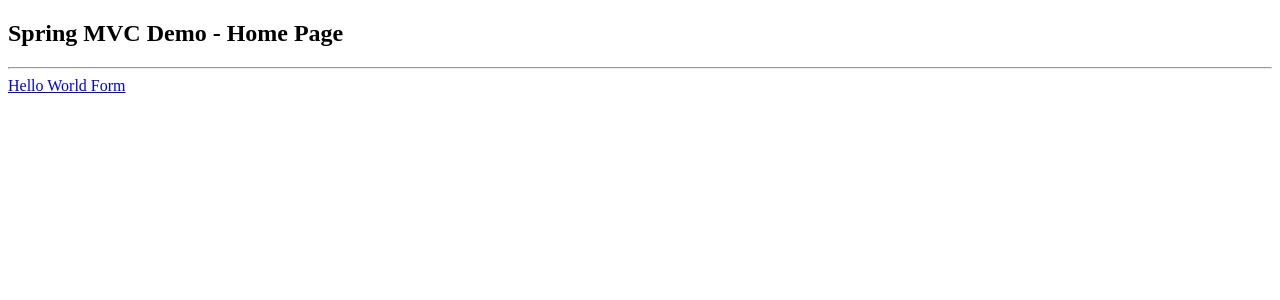
Repository: vehaan/Spring-and-Hibernate
Page: http://localhost/spring-mvc-demo/
These files come from the project's save history. The page is drawn as it stood at one moment and after the next save; the edit follows.
The browser window is 1280 px wide. The pictures show the whole page.
The page is served by Tomcat 9.

Above is the page before, as saved 2021-05-22 17:21:50.

After the next save:
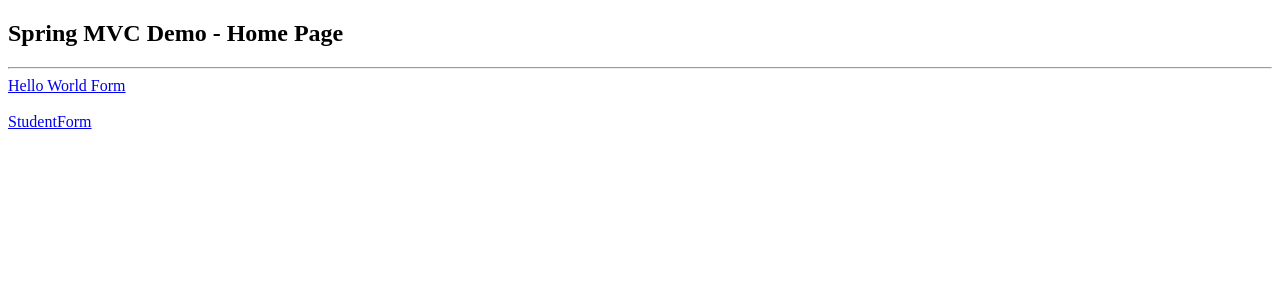
Saved 52 s later.
--- a/spring-mvc-demo/WebContent/WEB-INF/view/main-menu.jsp
+++ b/spring-mvc-demo/WebContent/WEB-INF/view/main-menu.jsp
@@ -5,5 +5,9 @@
 <hr>
 
 <a href="showForm">Hello World Form</a>
+
+<br><br>
+
+<a href="student/showForm">StudentForm</a>
 </body>
 </html>
